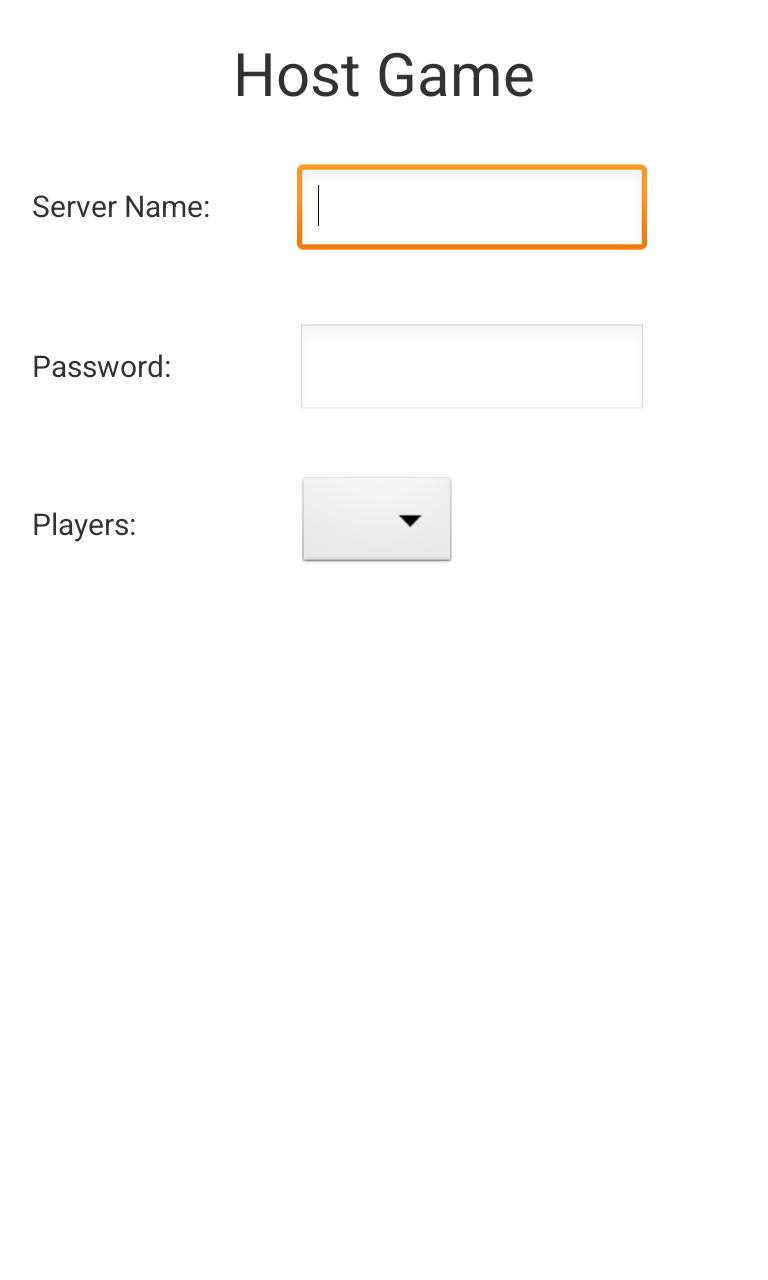
Repository: mfischetti/LaserAppRepository
Layout: workspace/Laser/res/layout/activity_host.xml
An editor plug-in stored every save of this project. The layout is shown before and after the next save, followed by the edit.
It is drawn on a 768 x 1280 px phone screen (xhdpi) without system bars, with theme AppTheme; the app's code is not run.

Above is the layout before, as saved 2013-10-01 23:42:23.

### workspace/Laser/res/layout/activity_host.xml
<RelativeLayout xmlns:android="http://schemas.android.com/apk/res/android"
    xmlns:tools="http://schemas.android.com/tools"
    android:layout_width="match_parent"
    android:layout_height="match_parent"
    android:paddingBottom="@dimen/activity_vertical_margin"
    android:paddingLeft="@dimen/activity_horizontal_margin"
    android:paddingRight="@dimen/activity_horizontal_margin"
    android:paddingTop="@dimen/activity_vertical_margin"
    tools:context=".HostActivity" >

    <TextView
        android:id="@+id/title"
        android:layout_width="wrap_content"
        android:layout_height="wrap_content"
        android:layout_alignParentTop="true"
        android:layout_centerHorizontal="true"
        android:text="Host Game"
        android:textSize="30sp" />

    <TextView
        android:id="@+id/servername"
        android:layout_width="wrap_content"
        android:layout_height="wrap_content"
        android:layout_below="@+id/title"
        android:layout_marginTop="36dp"
        android:text="Server Name:"
        android:textSize="15sp" />

    <EditText
        android:id="@+id/name1"
        android:layout_width="wrap_content"
        android:layout_height="wrap_content"
        android:layout_alignBaseline="@+id/servername"
        android:layout_alignBottom="@+id/servername"
        android:layout_marginLeft="43dp"
        android:layout_toRightOf="@+id/servername"
        android:ems="10"
        android:textSize="15sp" >

        <requestFocus />
    </EditText>

    <EditText
        android:id="@+id/password"
        android:layout_width="wrap_content"
        android:layout_height="wrap_content"
        android:layout_alignBaseline="@+id/passwordname"
        android:layout_alignBottom="@+id/passwordname"
        android:layout_alignLeft="@+id/name1"
        android:ems="10"
        android:textSize="15sp" />

    <TextView
        android:id="@+id/passwordname"
        android:layout_width="wrap_content"
        android:layout_height="wrap_content"
        android:layout_alignLeft="@+id/servername"
        android:layout_below="@+id/name1"
        android:layout_marginTop="43dp"
        android:text="Password:"
        android:textSize="15sp" />

    <Spinner
        android:id="@+id/players"
        android:layout_width="wrap_content"
        android:layout_height="50sp"
        android:layout_alignLeft="@+id/password"
        android:layout_below="@+id/password"
        android:layout_marginTop="27dp" />

    <TextView
        android:id="@+id/playernumber"
        android:layout_width="wrap_content"
        android:layout_height="wrap_content"
        android:layout_alignLeft="@+id/passwordname"
        android:layout_alignTop="@+id/players"
        android:layout_marginTop="15dp"
        android:text="Players:"
        android:textSize="15sp" />

</RelativeLayout>

Loaded but not shown: workspace/Laser/res/values/styles.xml (common file); workspace/Laser/res/values/dimens.xml (common file)

After the next save:
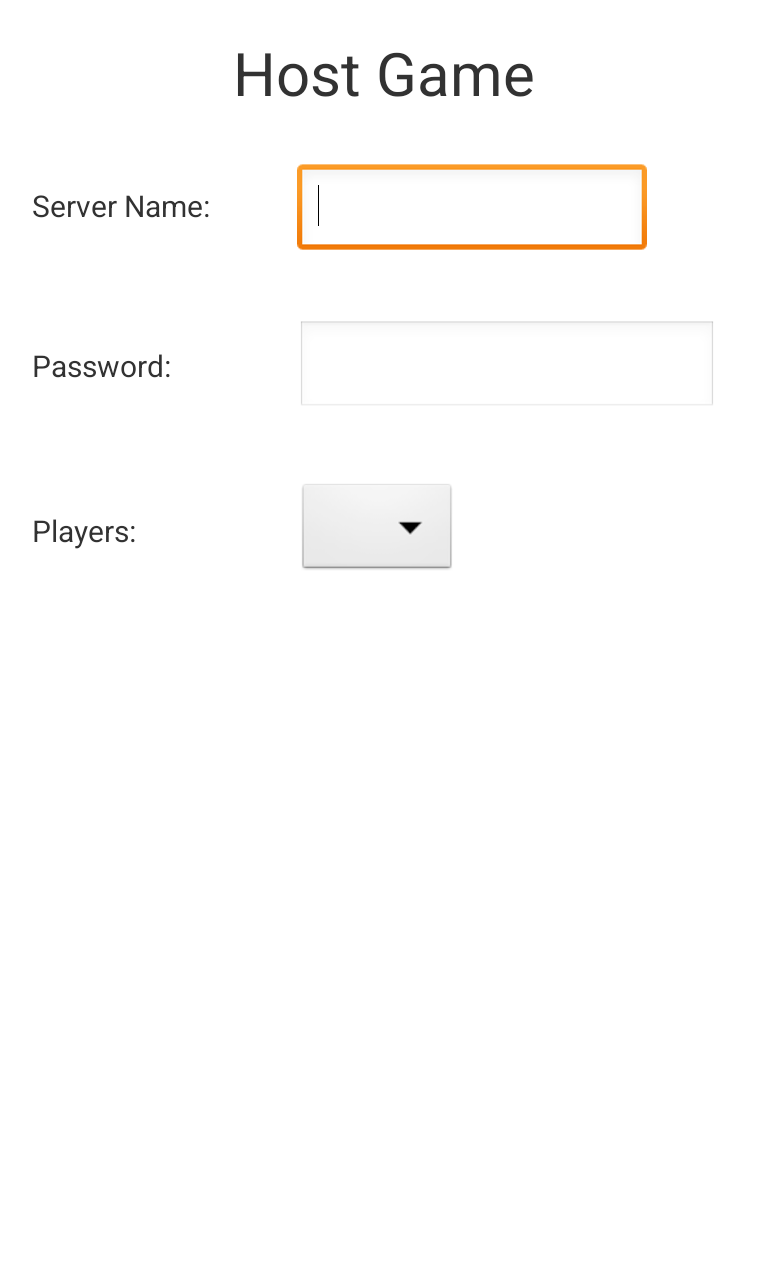
Saved 61 s later.
--- a/workspace/Laser/res/layout/activity_host.xml
+++ b/workspace/Laser/res/layout/activity_host.xml
@@ -40,16 +40,6 @@
         <requestFocus />
     </EditText>
 
-    <EditText
-        android:id="@+id/password"
-        android:layout_width="wrap_content"
-        android:layout_height="wrap_content"
-        android:layout_alignBaseline="@+id/passwordname"
-        android:layout_alignBottom="@+id/passwordname"
-        android:layout_alignLeft="@+id/name1"
-        android:ems="10"
-        android:textSize="15sp" />
-
     <TextView
         android:id="@+id/passwordname"
         android:layout_width="wrap_content"
@@ -59,14 +49,6 @@
         android:layout_marginTop="43dp"
         android:text="Password:"
         android:textSize="15sp" />
-
-    <Spinner
-        android:id="@+id/players"
-        android:layout_width="wrap_content"
-        android:layout_height="50sp"
-        android:layout_alignLeft="@+id/password"
-        android:layout_below="@+id/password"
-        android:layout_marginTop="27dp" />
 
     <TextView
         android:id="@+id/playernumber"
@@ -78,4 +60,21 @@
         android:text="Players:"
         android:textSize="15sp" />
 
+    <EditText
+        android:id="@+id/editText1"
+        android:layout_width="wrap_content"
+        android:layout_height="wrap_content"
+        android:layout_alignBaseline="@+id/passwordname"
+        android:layout_alignBottom="@+id/passwordname"
+        android:layout_alignLeft="@+id/name1"
+        android:ems="10" />
+
+    <Spinner
+        android:id="@+id/players"
+        android:layout_width="wrap_content"
+        android:layout_height="50sp"
+        android:layout_alignLeft="@+id/editText1"
+        android:layout_below="@+id/editText1"
+        android:layout_marginTop="32dp" />
+
 </RelativeLayout>
